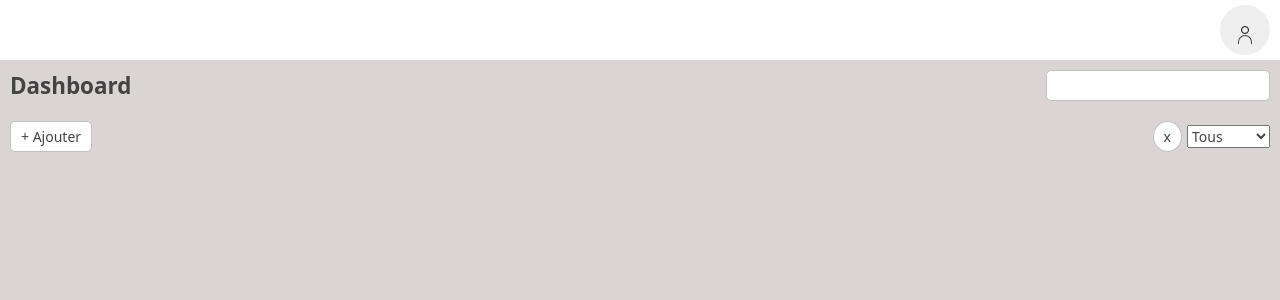
Repository: zpaulange/task_manager
Page: dashboard/index.html
The author's editor kept a copy of each file at every save. The page is drawn from the files as they stood at one save, then again after a run of saves.
The browser window is 1280 px wide. The pictures show the whole page.
The pointer rests on the first visible `.main_header_actions_right_btnDel`.

Above is the page before, as saved 2025-03-06 15:00:13.

### dashboard/index.html
<!DOCTYPE html>
<html lang="en">
<head>
    <meta charset="UTF-8">
    <meta name="viewport" content="width=device-width, initial-scale=1.0">
    <link rel="stylesheet" href="../assets/styles/dashboard/style.css">
    <title>Document</title>
</head>
<body>
  <section class="dashboard">
    <div class="dashboard_right">
      <nav class="dashbaord_nav">
        <a href="#" class="dashbaord_nav_avatar">
          <span></span>
        </a>
      </nav>
      <main class="main">
        <div class="main_header">
          <h1 class="main_header_title">Dashboard</h1>
          <input type="search" name="search" class=" main_header_search">
        </div>
        <div class="main_header_actions">
          <div class="main_header_actions_left">
            <button class="main_header_actions_btn">+ Ajouter</button>
          </div>
          <div class="main_header_actions_right">
            <button class="main_header_actions_right_btnDel">x</button>
            <select name="filter" id="">
              <option value="0">Tous</option>
              <option value="1">En cours</option>
              <option value="2">Annulés</option>
              <option value="3">Terminés</option>
            </select>
          </div>
        </div>
        <!-- <section class="box box-center">

        </section> -->
      </main>
    </div>
  </section>

</body>
</html>

### assets/styles/dashboard/style.css
*{
  margin:0;
  padding:0;
  box-sizing: border-box;
  position:relative;
  font-family: system-ui, sans-serif;
  font-size: 14px;
  color:#434343;
}
body{
  overflow-x: hidden;
}
a{
  text-decoration: none;
}
a:active, a:hover{
  color:#434343;
}
img{
  width: 100%;
  height: auto;
}
ul li{
  list-style: none;
}
input[type="search"],
input[type="text"],
input[type="date"]{
  padding:5px 10px;
  border-radius:5px;
  border:1px solid silver
}
input:focus{
  outline: none;
}

.dashboard{
  min-height: 100vh;
  background-color: #dbd4d4;
}

.dashboard_right{
  min-height: 100vh;
}
.dashbaord_nav{
  background-color: #fff;
  padding:5px 10px;
  display: flex;
  align-items:center;
  justify-content: flex-end;
  z-index: 1000;
  position: sticky;
  top:0;
  left:0;
}
.dashbaord_nav_avatar{
  display: flex;
  align-items: center;
  justify-content: center;
  height:50px;
  width: 50px;
  border-radius:50%;
  background-color: #eee;

}
.dashbaord_nav_avatar span{
  display: inline-block;
  height: 8px;
  width: 8px;
  border-radius:50%;
  border:1px solid #000
}
.dashbaord_nav_avatar span:before{
  content:'';
  position: absolute;
  height: 8px;
  width: 12px;
  border:1px solid;
  left:50%;
  transform: translateX(-50%);
  top:8px;
  border-bottom: none;
  border-top-left-radius: 10px;
  border-top-right-radius: 10px;
}

.main{
  padding:10px;
}
.main_header_title{
  font-size: 1.6rem;
}
.box{
  min-height: calc(100vh - 100px);
  background-color: #fff;
  border-radius:5px;
  padding:10px;
}
.box.box-center{
  display: flex;
  align-items:center;
  justify-content: center;
}

.main_header{
  display: flex;
  justify-content: space-between;
  align-items:center;
  margin-bottom:20px;
}
.main_header_actions{
  display: flex;
  justify-content: space-between;
  align-items:center;
}
.main_header_actions_btn{
  padding:5px 10px;
  border-radius:5px;
  border:1px solid silver;
  background-color: #fff;
  cursor: pointer;
  transition: .2s;
}
.main_header_actions_btn:hover{
  background-color:blue;
  color:#fff;
}
.main_header_actions_right{
  display: flex;
  align-items:center;
  gap:5px;
}
.main_header_actions_right_btnDel{
  padding:5px 10px;
  border-radius:50%;
  border:1px solid silver;
  background-color: #fff;
  cursor: pointer;
  transition: .2s;
  cursor:pointer;
}

After the next 2 saves:
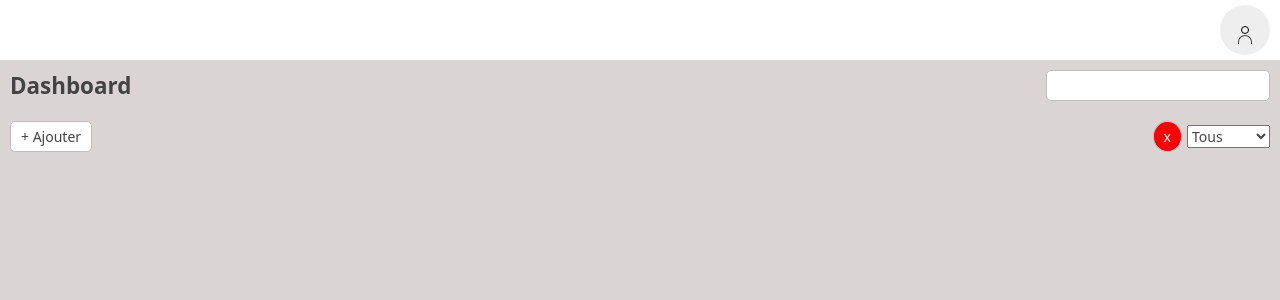
The 2 saves are shown as one change because they came seconds apart.
The last was saved 7 s later.
--- a/assets/styles/dashboard/style.css
+++ b/assets/styles/dashboard/style.css
@@ -139,3 +139,7 @@ input:focus{
   transition: .2s;
   cursor:pointer;
 }
+.main_header_actions_right_btnDel:hover{
+  background-color:red;
+  color:#fff;
+}
